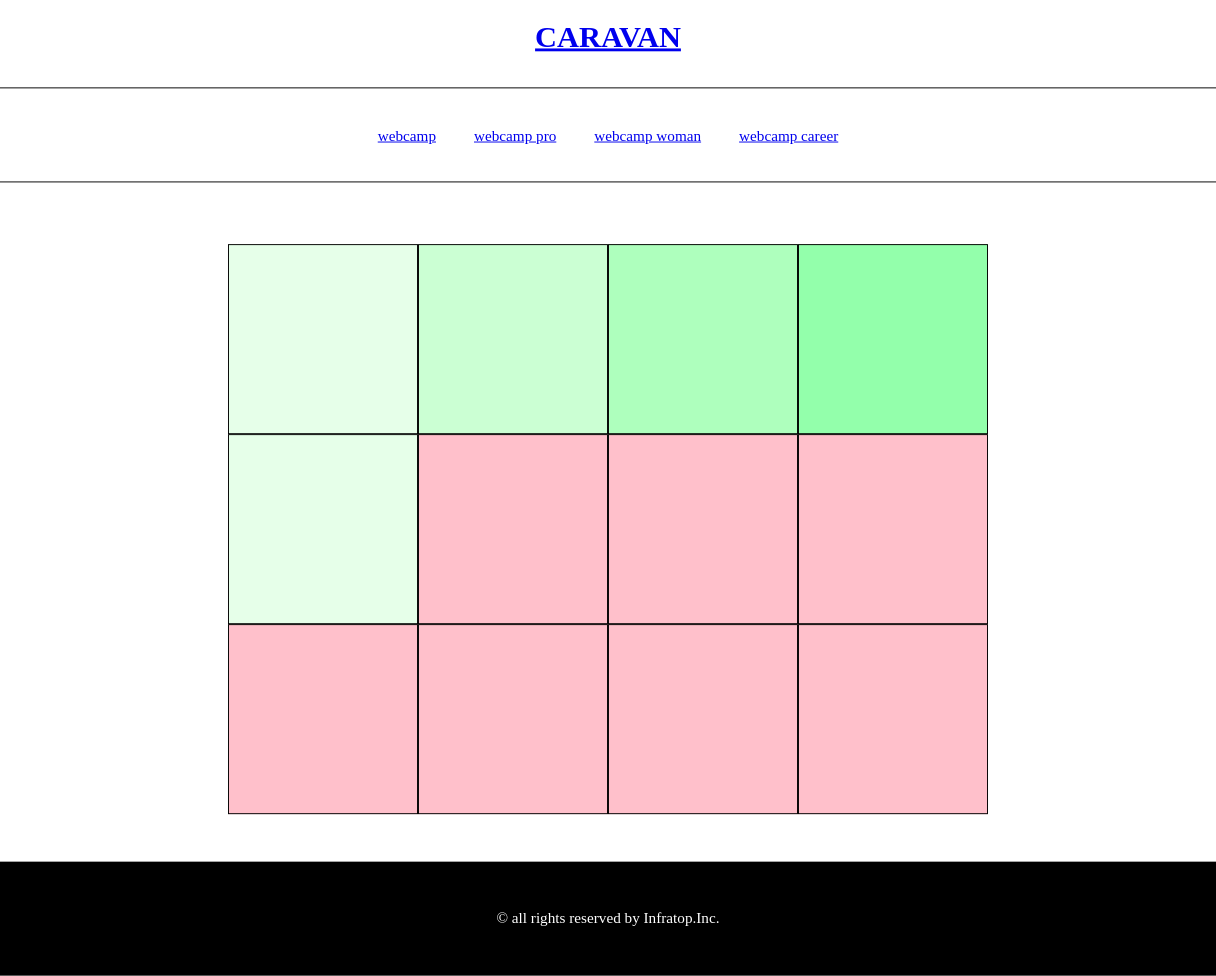
Repository: yukito7878/HTML-CSS-practice
Page: caravan/index5.html
The author's editor kept a record of every edit. The page is drawn from the files as they stood at one moment, then again after the next edit.
The browser window is 1280 px wide. The pictures show the whole page, at 95% of full size.

Above is the page before.

After the next edit:
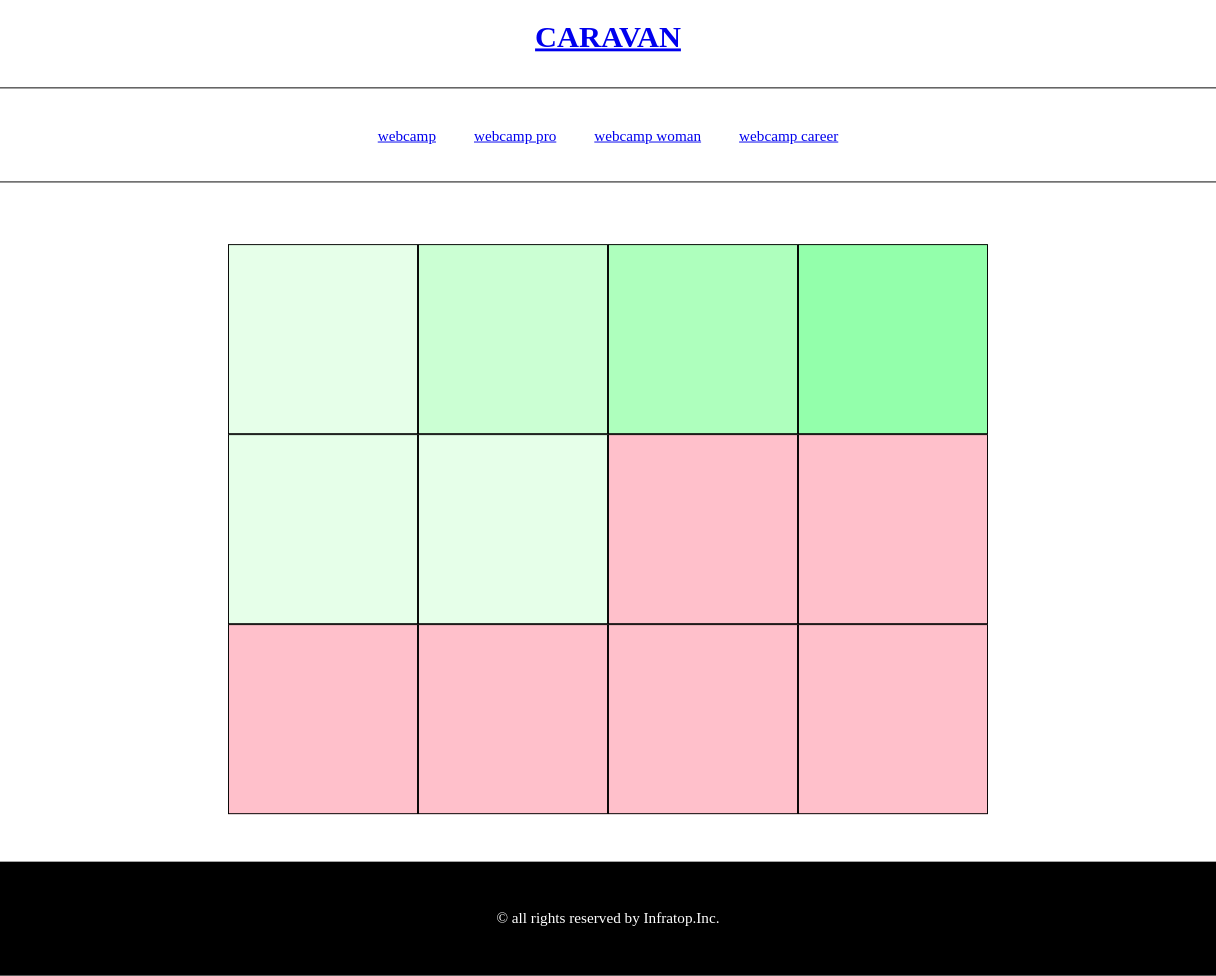
The edit:
--- a/caravan/style5.css
+++ b/caravan/style5.css
@@ -70,7 +70,7 @@
 .row1column0{
   background-color: #e6ffe9;
 }
-.row0column0{
+.row1column1{
   background-color: #e6ffe9;
 }
 .row0column0{
